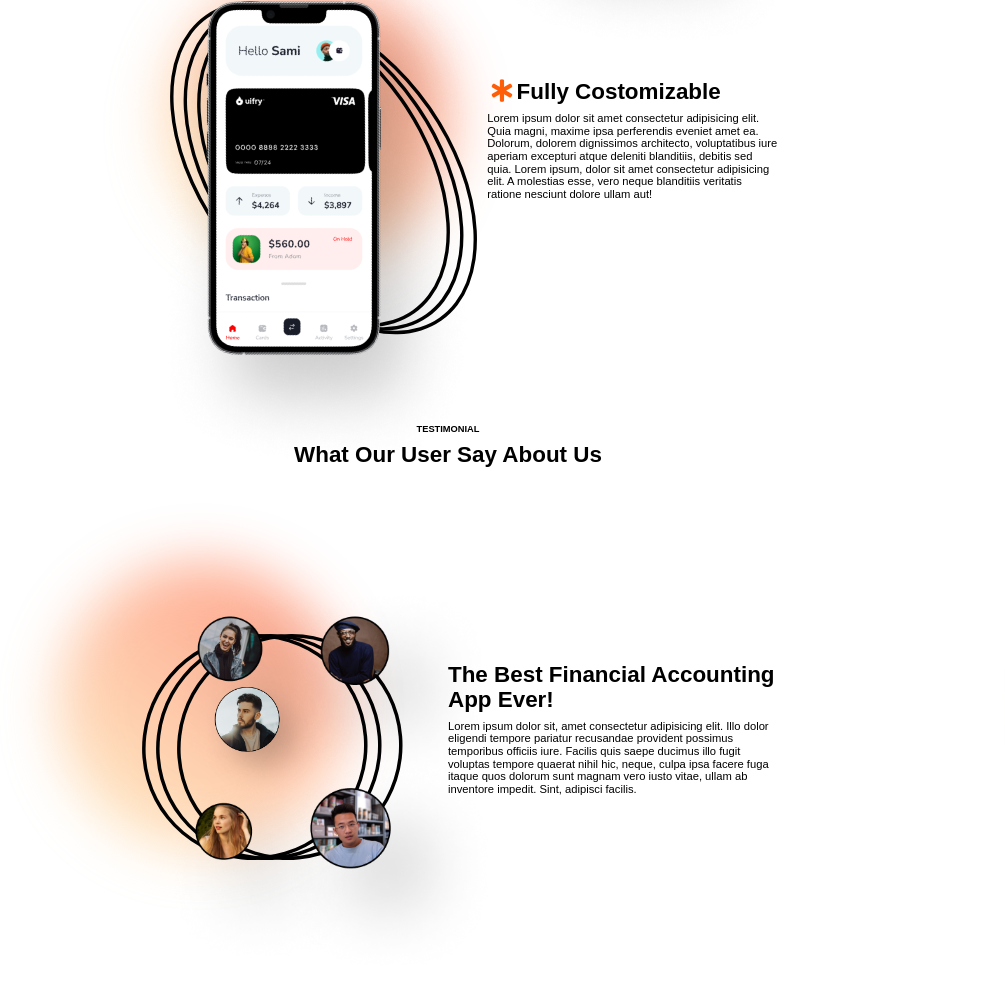
Repository: sakshambansal7/Uifry
Page: index.html
The author's editor kept a copy of each file at every save. The page is drawn from the files as they stood at one save, then again after the next save.
The browser window is 1280 px wide. The page is 1435 px wide, so the pictures cover 1435 px, including what lies to the right of the window. The pictures show the part of the page from y = 2022 to 3742 px (the page is 3434 px tall before and 3742 px after), at 70% of full size.
Some web libraries are served in a nearby version.

Above is the page before, as saved 2024-06-12 22:19:19.

### index.html
<!DOCTYPE html>
<html lang="en">
  <head>
    <meta charset="UTF-8" />
    <meta name="viewport" content="width=device-width, initial-scale=1.0" />
    <title>uifry.com</title>
    <link rel="stylesheet" href="style.css" />
    <link rel="stylesheet" href="https://cdnjs.cloudflare.com/ajax/libs/font-awesome/6.1.1/css/all.min.css">

  </head>
  <body>
    <nav class="navbar">
      <div>
        <img class="logo" src="./images/logo.png" alt="img" />
      </div>
      <div class="nav">
        <div><a href="#" class="nav__link active">Home </a></div>
        <div><a href="#" class="nav__link">About Us</a></div>
        <div><a href="#" class="nav__link">Pricing</a></div>
        <div><a href="#" class="nav__link">features</a></div>
      </div>
      <div class="download">
        <button class="button">Download</button>
      </div>
    </nav>
    <div class="part1 ">
      <div class="left">
        <div class="bg-shape1"></div>
        <h1>Make The Best Financial Decisions</h1>
        <div class="bg-shape1 position-1"></div> <!-- Duplicate for top and bottom -->
        <p>Lorem ipsum dolor sit amet consectetur, adipisicing elit. Fuga dolorem esse natus repellat modi, mollitia voluptates est.</p>
        <div class="cta-buttons">
          <button class="get-started-btn">Get Started <i class="fa-solid fa-arrow-right"></i></button>
          <button class="watch-video-btn"> <i class="fa-solid fa-circle-play"></i>Watch Video</button>
        </div>
      </div>

      <div class="right">
        <div class="bg-shape2"></div>
        <div class="elipse-common elipse"></div>
        <div class="elipse-common elipse1"></div>
        <div class="elipse-common elipse2"></div>

        <img class="image1" src="./images/iphone.png" alt="Mobile App Mockup" />
        <img class="image2" src="./images/igraph.png" alt="Mobile App Mockup" />
        <img class="image3" src="./images/iphone.png" alt="Mobile App Mockup" />
      </div>

    </div>
    <div class="part2">
      <div class="left">
        <div class="bg-shape2"></div>
        <div class="elipse-common elipse3"></div>
        <div class="elipse-common elipse4"></div>
        <div class="elipse-common elipse5"></div>

        <img class="image1" src="./images/iphone.png" alt="Mobile App Mockup" />

      </div>
      <div class="right">
        <h4>FEATURES</h4>
        <H1>Uifry Premium</H1>
        <h3><i class="fa-regular fa-star custom-color"></i> Budgeting intervals</h3>
        <p>Lorem ipsum dolor sit amet consectetur, adipisicing elit. Fuga dolorem esse natus repellat modi, mollitia voluptates est.</p>
        <h3> <i class="fa-solid fa-gear custom-color"></i> Budgeting intervals</h3>
        <p>Lorem ipsum dolor sit amet consectetur, adipisicing elit. Fuga dolorem esse natus repellat modi, mollitia voluptates est.</p>
        <h3><i class="fa-solid fa-star-of-life custom-color"></i>Budgeting intervals</h3>
        <p>Lorem ipsum dolor sit amet consectetur, adipisicing elit. Fuga dolorem esse natus repellat modi, mollitia voluptates est.</p>

      </div>
    </div>
    <div class="part3">
      <div class="left">
        <h4>ADVANTAGES</h4>
        <H1> Why Choose Uifry ?</H1>
        <h3><i class="fa-solid fa-bell custom-color"></i>Clever notificAations</h3>
        <p>Lorem ipsum dolor sit amet consectetur, adipisicing elit. Fuga dolorem esse natus repellat modi, mollitia voluptates est. Lorem ipsum dolor sit amet consectetur adipisicing elit. Perspiciatis expedita accusantium obcaecati dicta debitis optio quibusdam animi assumenda sit commodi?</p>

      </div>
      <div class="right">
        <div class="bg-shape2"></div>
        <div class="elipse-common elipse3"></div>
        <div class="elipse-common elipse4"></div>
        <div class="elipse-common elipse5"></div>
        <img src="./images/igraph.png" alt="img">
      </div>
    </div>
    <div class="part4">
      <div class="left">
        <div class="bg-shape2"></div>
        <div class="elipse-common elipse3"></div>
        <div class="elipse-common elipse4"></div>
        <div class="elipse-common elipse5"></div>
        <img src="./images/iphone.png" alt="img">
      </div>
      <div class="right">
        <h1><i class="fa-solid fa-star-of-life custom-color "></i>Fully Costomizable</h1>
        <p>Lorem ipsum dolor sit amet consectetur adipisicing elit. Quia magni, maxime ipsa perferendis eveniet amet ea. Dolorum, dolorem dignissimos architecto, voluptatibus iure aperiam excepturi atque deleniti blanditiis, debitis sed quia. Lorem ipsum, dolor sit amet consectetur adipisicing elit. A molestias esse, vero neque blanditiis veritatis ratione nesciunt dolore ullam aut!</p>
      </div>
    </div>
    <div class="parent-container">
      <h5>TESTIMONIAL</h5>
      <h1>What Our User Say About Us</h1>
  </div>

    <div class="part5">
      <div class="left">
        <div class="bg-shape2"></div>
        <div class="elipse-common elipse6"></div>
        <div class="elipse-common elipse7"></div>
        <div class="elipse-common elipse8"></div>

        <div class="img1 "><img src="./images/1.png" alt="img"></div>
        <div class="img2 "><img src="./images/2.png" alt="img"></div>
        <div class="img3 "><img src="./images/3.png" alt="img"></div>
        <div class="img4 "><img src="./images/4.png" alt="img"></div>
        <div class="main "><img src="./images/main.png" alt="img"></div>

      </div>
      <div class="right">
        <h1>The Best Financial Accounting App Ever!</h1>
        <p>Lorem ipsum dolor sit, amet consectetur adipisicing elit. Illo dolor eligendi tempore pariatur recusandae provident possimus temporibus officiis iure. Facilis quis saepe ducimus illo fugit voluptas tempore quaerat nihil hic, neque, culpa ipsa facere fuga itaque quos dolorum sunt magnam vero iusto vitae, ullam ab inventore impedit. Sint, adipisci facilis.</p>
        <!-- <div class="img1 img"><img src="./images/1.png" alt="img"></div>
        <div class="img2 "><img src="./images/2.png" alt="img"></div>
        <div class="img3 "><img src="./images/3.png" alt="img"></div>
        <div class="img4 "><img src="./images/4.png" alt="img"></div>
        <div class="main "><img src="./images/main.png" alt="img"></div> -->

      </div>
    </div>
  </body>
  <script src="script.js"></script>
</html>

### style.css

*{
    margin: 0px;
    padding: 5px;

}
body {
  margin-left: 20vh;
  margin-right: 20vh;
  font-family: Arial, sans-serif;
  background: #fff;
  color: #000000;
  justify-content: center;
  box-sizing: border-box;
}

  /* navbar */
.logo {
  width: 120px;
}


.navbar{
  display: flex;
  justify-content: flex-start;

}
.nav{
  padding-top: 10px;
  display: flex;
  justify-content: center;

}
nav  {
  display: inline;
}

nav a {
  text-decoration: none;
  color: #333;
  font-weight: bold;
}


.button {
  width: 160px;
  height: 40px;
  border-radius: 3px;
  background-color: #000000;
  color: #fff;
  padding: 10px 20px;
  cursor: pointer;
  border: none;
  font-weight: bold;
  margin-left: 40vh;
}
.download{

  padding-top: 10px;
}


.nav__link {
    display: block;
    padding: .3125rem 1.5rem;
    text-transform: uppercase;
  }

  .nav__link.active  {

    color: #FF5E08;
  }

  /* part-1 */

  .part1 {
    height: 85vh;
    display: inline-flex;
        justify-content: space-between;
        top: 50px !important;
        inset: 0;


    padding: 60px 40px;
}

/* .absolute{
  position: absolute;
  inset: 0;
  justify-content: center;
  display: inline-flex;
  flex-direction: row;
} */
.left {
  max-width: 50%;
}

.part1 h1 {
  font-size: 3em;
  margin: 0 0 20px;
}

.part1 p {
  font-size: 1.2em;
  margin: 0 0 40px;
}

.cta-buttons {
  display: flex;
  gap: 20px;
}

.get-started-btn,
.watch-video-btn {
  background: #000;
  color: #fff;
  padding: 15px 30px;
  border: none;
  cursor: pointer;
  font-size: 1em;
  font-weight: bold;
}

.watch-video-btn {
  color: #000000;

  background: transparent;
}

.right {
  max-width: 50%;
  position: relative; /* Add position relative to use as a reference for absolute positioning */
}

.right .image1{

  position: absolute;
  z-index: 3;
  width: 100%;
  padding-left: 0px;



}
.right .image2 {
  position: absolute;
  padding-top: 50px;
  padding-left: 100px;


  z-index: 2;
  max-width: 100%;
}
.right .image3 {


  padding-top: 100px;
  padding-left: 200px;
  z-index: 1;
  max-width: 100%;
}
/* background-effect */


.justify-center{
  justify-content: center;
}

/* background-effect */
.left {
  max-width: 50%;
  position: relative; /* Add this line */
}

.bg-shape1 {
  width: 400px;
  height: 400px;
  border-radius: 9999px;
  position: absolute; /* Change to absolute for proper positioning */
  top: 0px; /* Positioning adjustments */
  left: 50%; /* Positioning adjustments */
  transform: translateX(-50%); /* Center the shape horizontally */
  z-index: -1; /* Ensure it's behind the text */
  background: linear-gradient(35deg,  #FDE598,#ff3508); /* Dual color gradient */
  opacity: 0.5; /* Adjust as necessary */
  filter: blur(40px);

}

.bg-shape2 {
  width: 400px;
  height: 400px;
  border-radius: 9999px;
  position: absolute; /* Change to absolute for proper positioning */
  top: 50px; /* Positioning adjustments */
  left: 50%; /* Positioning adjustments */
  transform: translateX(-50%); /* Center the shape horizontally */
  z-index: -1; /* Ensure it's behind the text */
  background: linear-gradient(35deg,  #FDE598,#ff3508); /* Dual color gradient */
  opacity: 0.5; /* Adjust as necessary */
  filter: blur(40px);

}

  /* circular shape */

  .elipse-common {

    background: none;
    border-radius: 50%;
    -ms-transform: rotate(40deg);  /* IE 9 */
    -webkit-transform: rotate(40deg);  /* Safari */
    transform: rotate(40deg);
    position: absolute;
    top: 150px;
    border: 5px solid black;
    z-index: -1; /* Ensure it's behind the text */
}

.elipse {
  width: 700px;
  height: 305px;
    left: 45px;

}

.elipse1 {
  width: 700px;
  height: 305px;
    left: 25px;
}

.elipse2 {
  width: 700px;
  height: 305px;
    left: 5px;
}
.elipse3 {
  width: 500px;
  height: 305px;
    left: 45px;

}

.elipse4 {
  width: 500px;
  height: 305px;
    left: 25px;
}

.elipse5 {
  width: 500px;
  height: 305px;
    left: 5px;
}


.part2{
  display: flex;
  height: 85vh;
}

  .part2 .left .image1{
    transform: rotate(15deg);
  }

  .part2 .right{
    margin-top: 20vh;

  }
  .part2 .right h3 h1{
    font-weight: 900; /* 400 is normal, 700 is bold */
  }
  .part2 .right h4{
    color: #FF5E08;
  }
  .custom-color {
    color: #FF5E08;
}

.part3{
  display: flex;
  align-items: center;
  justify-content: center;
  height: 80vh;



}
.part3 .left h4{
  color: #FF5E08;

}
.part3 .left p{
 font-weight: 100;

}
.part3 .right img{
  transform: rotate(15deg);

}


.part4{
  gap: 5vh;
  display: flex;
  align-items: center;
  justify-content: center;
  height: 80vh;

}


.part4  .left{
  transform: rotate(15deg);


}
.part4 .right{
  padding-bottom: 30vh;
}



.elipse6 {
  width: 300px;
  height: 305px;
    left: 65px;



}

.elipse7 {
  width: 300px;
  height: 305px;
    left: 45px;
}

.elipse8 {
  width: 300px;
  height: 305px;
    left: 95px;
}

.parent-container {
  text-align: center;
}

.part5{
  margin-top: 10vh;
  display: flex;
  gap: 30vh;
  position: relative;


}


.part5  img {
  position: relative;
  top: 50px;
  left: 50px;
}
.part5  .img1{
  position: absolute;
  top: 1vh;
  left: .1h;
  z-index: 4;



}
.part5  .img2{
  position: absolute;
  top: 1vh;
  left: 25vh;
  z-index: 5;

}
.part5  .img3{
  position: absolute;
  top: 38vh;
  left: .1vh;
  z-index: 3;


}
.part5  .img4{
  position: absolute;
  top: 35vh;
  left: 23vh;
  z-index: 2;


}
.part5 .main {
  position: relative;
  top: 19vh;
  left: 8vh;
  z-index: 1;

}

/* Adjust the size of the image within the .main div */
.part5 .main img {
  width: 80%; /* Decrease the width to 50% of its original size */
  height: auto; /* Maintain aspect ratio */
}


.part5 .right{
  margin-top:25vh ;
}

### script.js
document.addEventListener('DOMContentLoaded', function() {
    const selector = '.nav__link';
    const elems = Array.from( document.querySelectorAll( selector ) );
    const navigation = document.querySelector( 'nav' );

    function makeActive( evt ) {
      const target = evt.target;

      if ( !target || !target.matches( selector ) ) {
        return;
      }

      elems.forEach( elem => elem.classList.remove( 'active' ) );

        evt.target.classList.add( 'active' );
    };

    navigation.addEventListener( 'mousedown', makeActive );

    } );

After the next save:
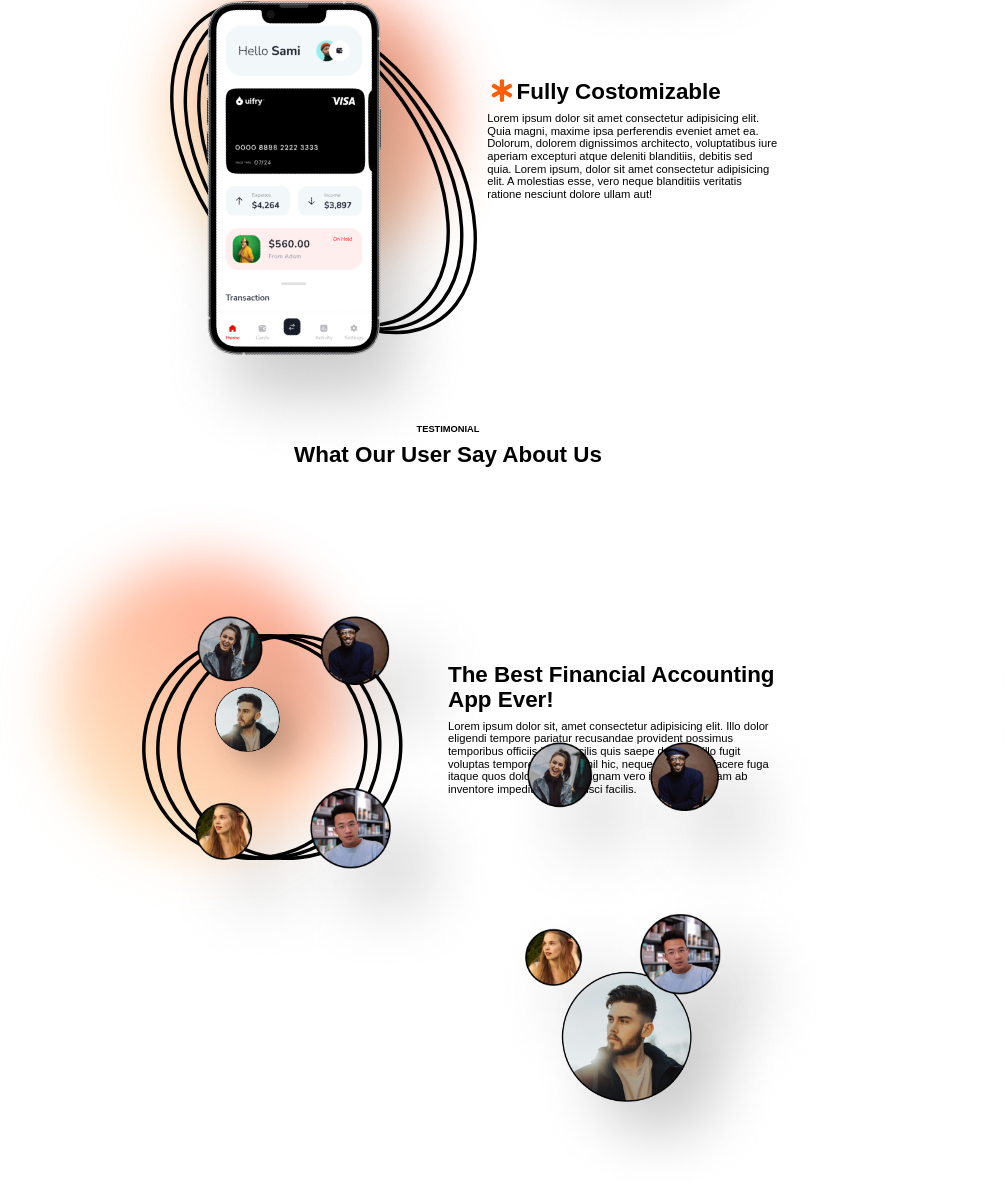
Saved 7 s later.
--- a/index.html
+++ b/index.html
@@ -120,11 +120,11 @@
       <div class="right">
         <h1>The Best Financial Accounting App Ever!</h1>
         <p>Lorem ipsum dolor sit, amet consectetur adipisicing elit. Illo dolor eligendi tempore pariatur recusandae provident possimus temporibus officiis iure. Facilis quis saepe ducimus illo fugit voluptas tempore quaerat nihil hic, neque, culpa ipsa facere fuga itaque quos dolorum sunt magnam vero iusto vitae, ullam ab inventore impedit. Sint, adipisci facilis.</p>
-        <!-- <div class="img1 img"><img src="./images/1.png" alt="img"></div>
+        <div class="img1 img"><img src="./images/1.png" alt="img"></div>
         <div class="img2 "><img src="./images/2.png" alt="img"></div>
         <div class="img3 "><img src="./images/3.png" alt="img"></div>
         <div class="img4 "><img src="./images/4.png" alt="img"></div>
-        <div class="main "><img src="./images/main.png" alt="img"></div> -->
+        <div class="main "><img src="./images/main.png" alt="img"></div>
 
       </div>
     </div>
